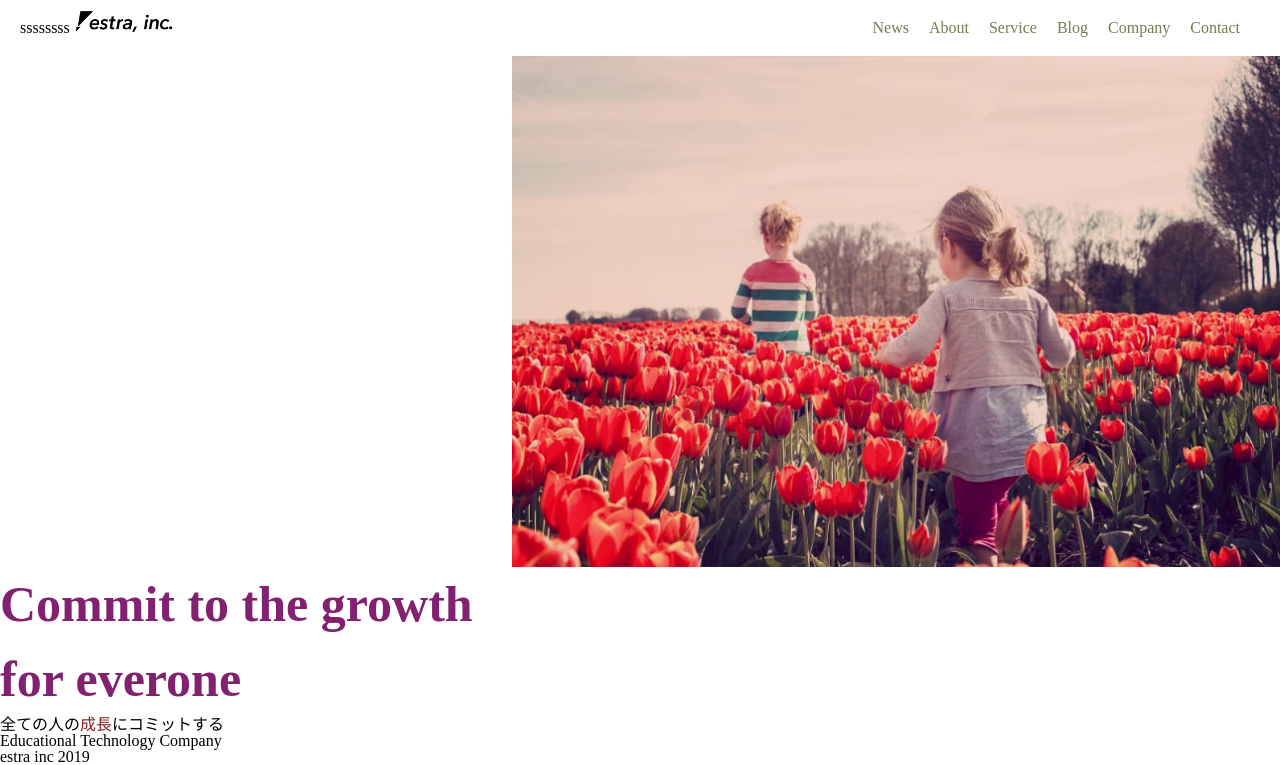
Repository: masanarimiura/20220504miura
Page: index.html
An editor plug-in stored every save of this project. The page is shown before and after a run of saves, followed by the edit.
The browser window is 1280 px wide. The pictures show the whole page.
Some web fonts or font styles are not loaded; a fallback is used.

Above is the page before, as saved 2022-05-04 18:22:01.

After the next 4 saves:
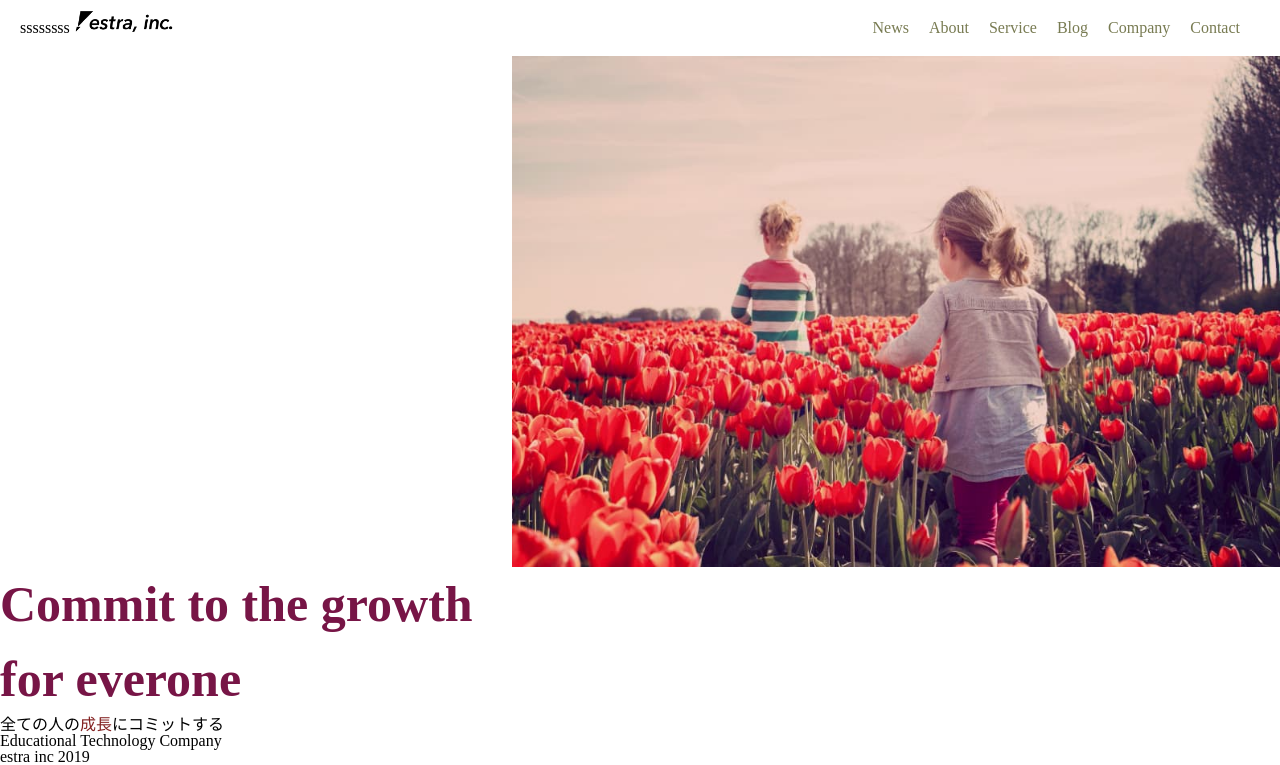
The 4 saves are shown as one change because they came seconds apart.
The last was saved 11 s later.
--- a/css/style.css
+++ b/css/style.css
@@ -36,7 +36,7 @@ a {
   display: block;
 }
 .firstview-ttl {
-  color: rgb(131, 33, 113);
+  color: rgb(119, 21, 70);
   font-size: 50px;
   font-family: "Gochi Hand", cursive;
   line-height: 1.5;
